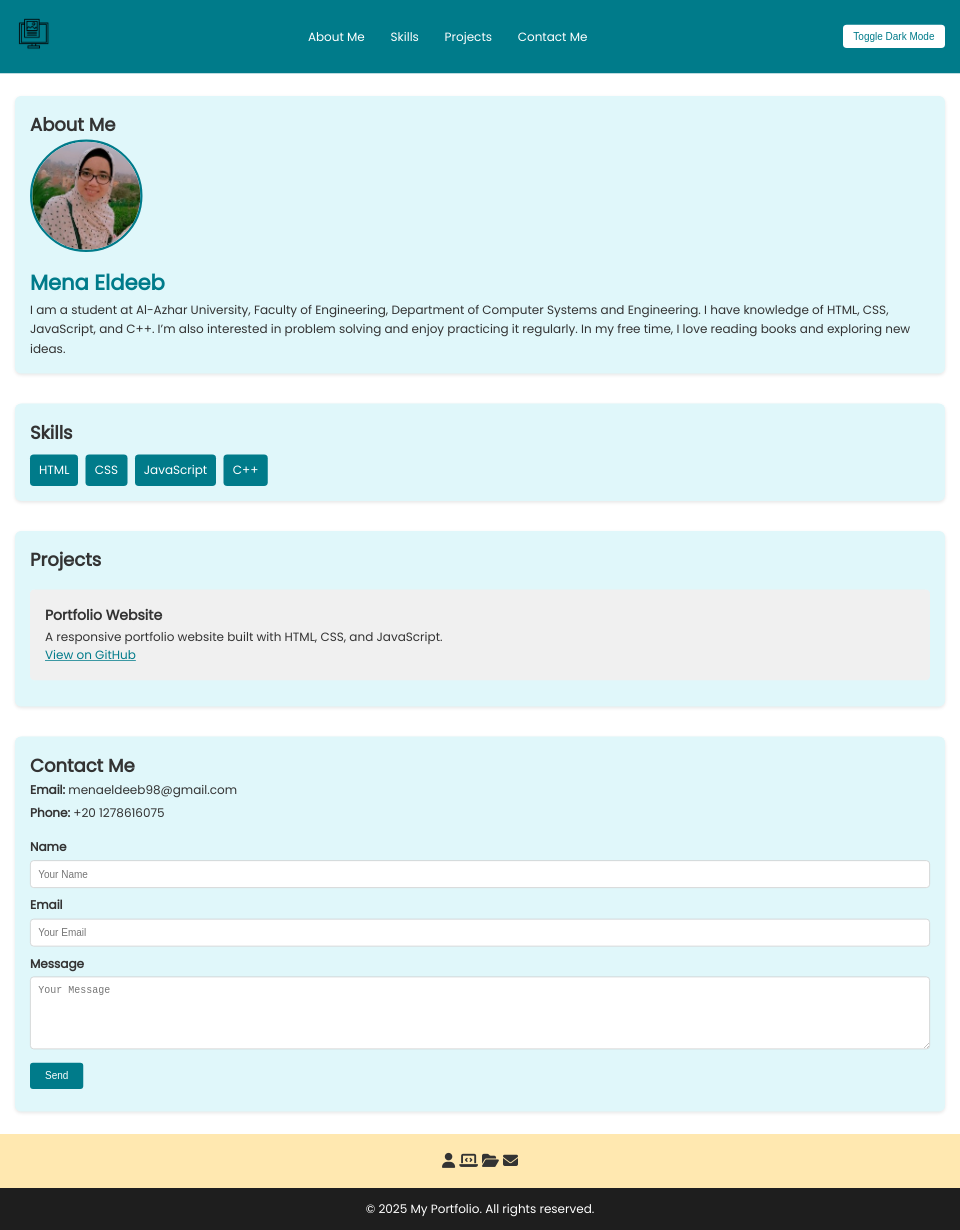
Repository: MenaEldeeb/My-Portfolio
Page: index.html
The author's editor kept a copy of each file at every save. The page is drawn from the files as they stood at one save, then again after the next save.
The browser window is 1280 px wide. The pictures show the whole page, at 75% of full size.

Above is the page before, as saved 2025-07-16 20:22:20.

### index.html
<!DOCTYPE html>
<html lang="en">
<head>
  <meta charset="UTF-8" />
  <meta name="viewport" content="width=device-width, initial-scale=1" />
  <title>Mena Eldeeb</title>

  <!-- Google Font -->
  <link href="https://fonts.googleapis.com/css2?family=Poppins&display=swap" rel="stylesheet" />

  <!-- Font Awesome -->
  <link rel="stylesheet" href="https://cdnjs.cloudflare.com/ajax/libs/font-awesome/6.4.0/css/all.min.css" />

  <!-- External CSS -->
  <link rel="stylesheet" href="CSS/style.css" />

  <!-- SEO Meta -->
  <meta name="description" content="Mena Eldeeb's personal portfolio showcasing web development skills and projects." />
</head>
<body>
  <div id="container">

    <!-- Header -->
    <header id="hd">
      <div class="logo">
        <img src="images/logo.png" alt="Logo">
      </div>

      <nav class="nav-text">
        <a href="#about">About Me</a>
        <a href="#skills">Skills</a>
        <a href="#projects">Projects</a>
        <a href="#contact">Contact Me</a>
      </nav>

      <button id="theme-toggle">Toggle Dark Mode</button>
    </header>

    <!-- Sidebar -->
    <aside id="sd">
      <nav class="icon-nav">
        <a href="#about" title="About Me" aria-label="About Me"><i class="fas fa-user"></i></a>
        <a href="#skills" title="Skills" aria-label="Skills"><i class="fas fa-laptop-code"></i></a>
        <a href="#projects" title="Projects" aria-label="Projects"><i class="fas fa-folder-open"></i></a>
        <a href="#contact" title="Contact Me" aria-label="Contact Me"><i class="fas fa-envelope"></i></a>
      </nav>
    </aside>

    <!-- Main Content -->
    <main id="mn">
      <!-- About Me -->
      <section id="about">
        <h2>About Me</h2>
        <div class="about-content">
          <img src="images/Mena.jpg" alt="Mena Eldeeb" class="profile-img" />
          <div>
            <h1 class="my-name">Mena Eldeeb</h1>
            <p>
              I am a student at Al-Azhar University, Faculty of Engineering, Department of Computer Systems and Engineering.
              I have knowledge of HTML, CSS, JavaScript, and C++. I’m also interested in problem solving and enjoy practicing it regularly.
              In my free time, I love reading books and exploring new ideas.
            </p>
          </div>
        </div>
      </section>

      <!-- Skills -->
      <section id="skills">
        <h2>Skills</h2>
        <ul>
          <li>HTML</li>
          <li>CSS</li>
          <li>JavaScript</li>
          <li>C++</li>
        </ul>
      </section>

      <!-- Projects -->
      <section id="projects">
        <h2>Projects</h2>
        <div class="projects-container">
          <div class="project-card">
            <h3>Portfolio Website</h3>
            <p>A responsive portfolio website built with HTML, CSS, and JavaScript.</p>
            <a href="https://github.com/MenaEldeeb/My-PORTOFOLIO.git" target="_blank" rel="noopener noreferrer">View on GitHub</a>
          </div>
        </div>
      </section>

      <!-- Contact Me -->
      <section id="contact">
        <h2>Contact Me</h2>

        <div class="contact-info">
          <p><strong>Email:</strong> menaeldeeb98@gmail.com</p>
          <p><strong>Phone:</strong> +20 1278616075</p>
        </div>

        <form id="contact-form">
          <label for="name">Name</label>
          <input type="text" id="name" name="name" placeholder="Your Name" required />

          <label for="email">Email</label>
          <input type="email" id="email" name="email" placeholder="Your Email" required />

          <label for="message">Message</label>
          <textarea id="message" name="message" placeholder="Your Message" rows="5" required></textarea>

          <button type="submit">Send</button>
        </form>

        <p id="form-status" style="color: green; margin-top: 10px;"></p>
      </section>
    </main>

    <!-- Footer -->
    <footer id="ft">
      &copy; 2025 My Portfolio. All rights reserved.
    </footer>
  </div>

  <!-- JavaScript -->
  <script>
    // Dark Mode Toggle
    const toggleBtn = document.getElementById('theme-toggle');
    toggleBtn.addEventListener('click', () => {
      document.body.classList.toggle('dark-mode');
    });

    // Form Submission Handling
    const form = document.getElementById('contact-form');
    const status = document.getElementById('form-status');

    form.addEventListener('submit', function(e) {
      e.preventDefault();

      const name = document.getElementById('name').value.trim();
      const email = document.getElementById('email').value.trim();
      const message = document.getElementById('message').value.trim();

      if (name && email && message) {
        status.textContent = "Thank you! Your message has been sent.";
        status.style.color = 'green';
        form.reset();
      } else {
        status.textContent = "Please fill in all fields.";
        status.style.color = 'red';
      }
    });
  </script>
</body>
</html>

### CSS/style.css
/* ========== Reset ========== */
* {
  margin: 0;
  padding: 0;
  box-sizing: border-box;
}

/* ========== Global Styles ========== */
body {
  font-family: 'Poppins', sans-serif;
  background-color: #f5f7fa;
  color: #333;
  line-height: 1.6;
}

/* ========== Layout ========== */
#container {
  display: grid;
  grid-template-areas:
    "hd"
    "mn"
    "sd"
    "ft";
  grid-template-columns: 1fr;
  grid-template-rows: auto;
}

/* ========== Header ========== */
#hd {
  grid-area: hd;
  background-color: #007b8a;
  color: white;
  display: flex;
  justify-content: space-between;
  align-items: center;
  flex-wrap: wrap;
  padding: 20px;
}

.logo img {
  height: 50px;
}

.nav-text a {
  color: white;
  text-decoration: none;
  margin: 0 15px;
  font-weight: 500;
  transition: color 0.3s;
}

.nav-text a:hover {
  color: #ffd580;
}

#theme-toggle {
  background-color: white;
  color: #007b8a;
  border: none;
  padding: 8px 14px;
  border-radius: 5px;
  cursor: pointer;
  transition: background 0.3s;
}

#theme-toggle:hover {
  background-color: #eee;
}

/* ========== Sidebar ========== */
#sd {
  grid-area: sd;
  background-color: #ffe8b0;
  display: flex;
  justify-content: center;
  gap: 20px;
  padding: 20px;
  font-size: 20px;
}

.icon-nav a {
  color: #333;
  transition: color 0.3s;
}

.icon-nav a:hover {
  color: #007b8a;
}

/* ========== Main Content ========== */
#mn {
  grid-area: mn;
  padding: 30px 20px;
  background-color: #fff;
}

/* ========== Section Styling (About, Skills, Projects, Contact) ========== */
#about, #skills, #projects, #contact {
  background-color: #e0f7fa;       /* خلفية خفيفة للتمييز */
  border-radius: 8px;
  padding: 20px;
  margin-bottom: 40px;             /* مسافة بين الأقسام */
  box-shadow: 0 2px 5px rgba(0,0,0,0.1);
}

/* منع وجود margin زائد في آخر قسم */
#contact {
  margin-bottom: 0;
}

/* ========== About ========== */
.about-content {
  display: flex;
  gap: 20px;
  align-items: center;
  flex-wrap: wrap;
}

.profile-img {
  width: 150px;
  height: 150px;
  border-radius: 50%;
  object-fit: cover;
  border: 3px solid #007b8a;
}

.my-name {
  font-size: 28px;
  color: #007b8a;
}

/* ========== Skills ========== */
#skills ul {
  list-style: none;
  display: flex;
  flex-wrap: wrap;
  gap: 10px;
  margin-top: 10px;
}

#skills li {
  background-color: #007b8a;
  color: white;
  padding: 8px 12px;
  border-radius: 5px;
}

/* ========== Projects ========== */
.projects-container {
  margin-top: 20px;
}

.project-card {
  background-color: #f0f0f0;
  padding: 20px;
  border-radius: 6px;
  margin-bottom: 15px;
}

.project-card a {
  color: #007b8a;
  text-decoration: underline;
}

/* ========== Contact ========== */
.contact-info p {
  margin-bottom: 5px;
  font-weight: 500;
}

form {
  margin-top: 20px;
}

form label {
  display: block;
  margin-bottom: 5px;
  font-weight: bold;
}

form input,
form textarea {
  width: 100%;
  padding: 10px;
  margin-bottom: 10px;
  border: 1px solid #ccc;
  border-radius: 5px;
}

form button {
  background-color: #007b8a;
  color: white;
  padding: 10px 20px;
  border: none;
  border-radius: 4px;
  cursor: pointer;
}

form button:hover {
  background-color: #005f6b;
}

/* ========== Footer ========== */
#ft {
  grid-area: ft;
  background-color: #1e1e1e;
  color: white;
  text-align: center;
  padding: 15px 0;
}

/* ========== Dark Mode ========== */
body.dark-mode {
  background-color: #121212;
  color: #f1f1f1;
}

body.dark-mode #hd,
body.dark-mode #ft {
  background-color: #1e1e1e;
  color: #f1f1f1;
}

body.dark-mode #mn {
  background-color: #1a1a1a;
}

body.dark-mode #about,
body.dark-mode #skills,
body.dark-mode #projects,
body.dark-mode #contact {
  background-color: #2a2a2a;
  box-shadow: none;
}

body.dark-mode .project-card {
  background-color: #3a3a3a;
  border-color: #555;
}

body.dark-mode form input,
body.dark-mode form textarea {
  background-color: #333;
  color: white;
  border: 1px solid #555;
}

body.dark-mode .nav-text a,
body.dark-mode .icon-nav a {
  color: #90caf9;
}

/* ========== Responsive Design ========== */
@media (max-width: 768px) {
  #hd {
    flex-direction: column;
    gap: 10px;
    text-align: center;
  }

  .about-content {
    flex-direction: column;
    text-align: center;
  }

  #skills ul {
    justify-content: center;
  }

  #sd {
    flex-wrap: wrap;
  }
}

After the next save:
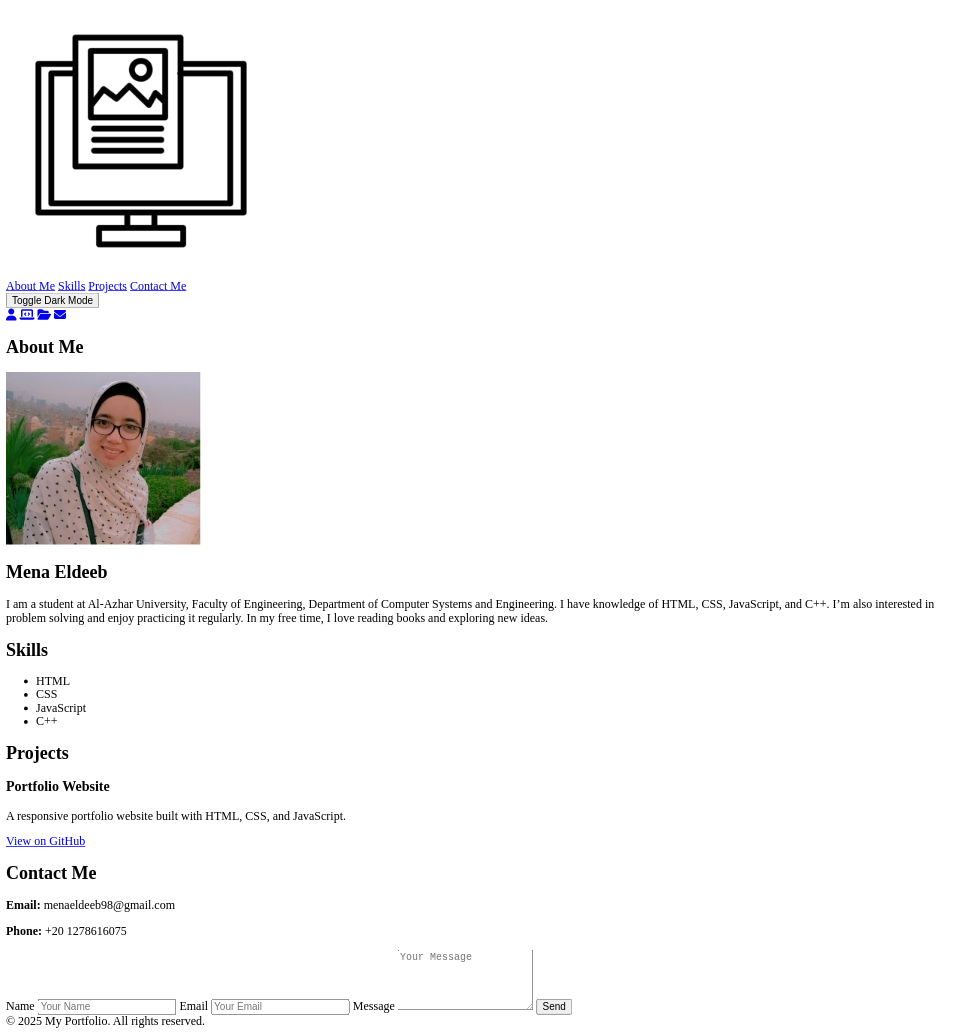
Saved 11 min 10 s later.
--- a/index.html
+++ b/index.html
@@ -11,10 +11,6 @@
   <!-- Font Awesome -->
   <link rel="stylesheet" href="https://cdnjs.cloudflare.com/ajax/libs/font-awesome/6.4.0/css/all.min.css" />
 
-  <!-- External CSS -->
-  <link rel="stylesheet" href="CSS/style.css" />
-
-  <!-- SEO Meta -->
   <meta name="description" content="Mena Eldeeb's personal portfolio showcasing web development skills and projects." />
 </head>
 <body>
@@ -23,7 +19,7 @@
     <!-- Header -->
     <header id="hd">
       <div class="logo">
-        <img src="images/logo.png" alt="Logo">
+        <img src="images/logo.png" alt="Logo" />
       </div>
 
       <nav class="nav-text">
@@ -96,7 +92,11 @@
           <p><strong>Phone:</strong> +20 1278616075</p>
         </div>
 
-        <form id="contact-form">
+        <form id="contact-form" method="POST" action="https://formsubmit.co/menaeldeeb98@gmail.com">
+          <!-- Disable captcha -->
+          <input type="hidden" name="_captcha" value="false" />
+          <!-- You can add other hidden inputs for formsubmit if needed -->
+
           <label for="name">Name</label>
           <input type="text" id="name" name="name" placeholder="Your Name" required />
 
@@ -109,7 +109,7 @@
           <button type="submit">Send</button>
         </form>
 
-        <p id="form-status" style="color: green; margin-top: 10px;"></p>
+        <p id="form-status" style="color: green; margin-top: 10px; display: none;"></p>
       </section>
     </main>
 
@@ -119,7 +119,6 @@
     </footer>
   </div>
 
-  <!-- JavaScript -->
   <script>
     // Dark Mode Toggle
     const toggleBtn = document.getElementById('theme-toggle');
@@ -127,25 +126,44 @@
       document.body.classList.toggle('dark-mode');
     });
 
-    // Form Submission Handling
+    // Handle form submission with fetch to prevent page reload
     const form = document.getElementById('contact-form');
     const status = document.getElementById('form-status');
 
-    form.addEventListener('submit', function(e) {
+    form.addEventListener('submit', e => {
       e.preventDefault();
 
-      const name = document.getElementById('name').value.trim();
-      const email = document.getElementById('email').value.trim();
-      const message = document.getElementById('message').value.trim();
+      const formData = new FormData(form);
 
-      if (name && email && message) {
-        status.textContent = "Thank you! Your message has been sent.";
-        status.style.color = 'green';
-        form.reset();
-      } else {
-        status.textContent = "Please fill in all fields.";
+      fetch(form.action, {
+        method: 'POST',
+        body: formData,
+        headers: {
+          'Accept': 'application/json'
+        }
+      }).then(response => {
+        if (response.ok) {
+          status.style.color = 'green';
+          status.textContent = 'Thank you! Your message has been sent.';
+          status.style.display = 'block';
+          form.reset();
+        } else {
+          return response.json().then(data => {
+            if (Object.hasOwn(data, 'errors')) {
+              status.style.color = 'red';
+              status.textContent = data["errors"].map(error => error.message).join(", ");
+            } else {
+              status.style.color = 'red';
+              status.textContent = 'Oops! There was a problem submitting your form';
+            }
+            status.style.display = 'block';
+          });
+        }
+      }).catch(error => {
         status.style.color = 'red';
-      }
+        status.textContent = 'Oops! There was a problem submitting your form';
+        status.style.display = 'block';
+      });
     });
   </script>
 </body>
